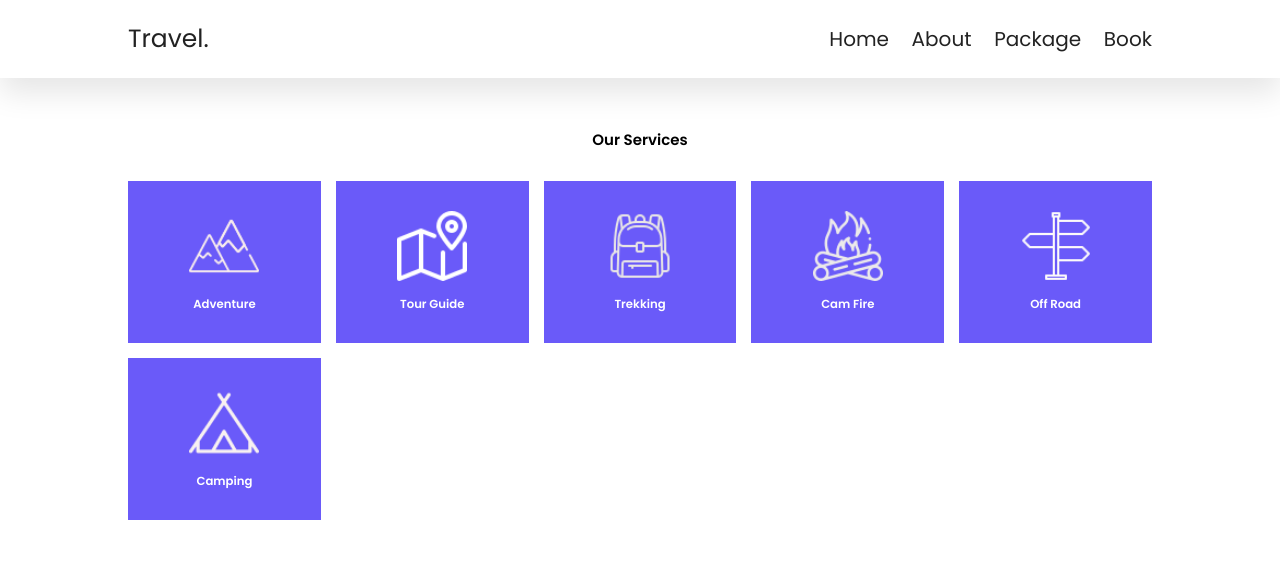
Repository: CTCuong/Traveloka-Web
Page: assets/home.html
The author's editor kept a copy of each file at every save. The page is drawn from the files as they stood at one save, then again after the next save.
The browser window is 1280 px wide. The pictures show the part of the page from y = 0 to 570 px (the page is 1216 px tall before and 1283 px after).
Pictures or frames that could not be fetched are drawn as grey boxes. Backgrounds fixed to the window are drawn as part of the page.

Above is the page before, as saved 2023-07-03 21:23:05.

### assets/home.html
<!DOCTYPE html>
<html lang="en">
<head>
    <meta charset="UTF-8">
    <meta name="viewport" content="width=device-width, initial-scale=1.0">
    <title>Document</title>
    <!--swiper css-->
    <link rel="stylesheet"href="https://cdn.jsdelivr.net/npm/swiper@9/swiper-bundle.min.css"/>
    <!--font awesome link-->
    <link rel="stylesheet" href="https://cdnjs.cloudflare.com/ajax/libs/font-awesome/6.4.0/css/all.min.css">
    <!-- css file link -->
    <link rel="stylesheet" href="/assets/css/style.css">
</head>
<body>
    <!-- header section starts -->
    <section class="header">
        <a href="home.html" class="logo">travel.</a>

        <nav class="navbar">
            <a href="home.html">Home</a>
            <a href="about.html">About</a>
            <a href="package.html">Package</a>
            <a href="book.html">Book</a>

        </nav>

        <div id="menu-btn" class="fas fa-bars"></div>
    </section>
    <!-- header section ends -->

    <!-- services section starts -->
    <section class="services">
        <h1 class="heading-title"> our services </h1>

        <div class="box-container">

            <div class="box">
                <img src="/assets/image/Services/1.png" alt="">
                <h3> adventure </h3>
            </div>

            <div class="box">
                <img src="/assets/image/Services/2.png" alt="">
                <h3> tour guide </h3>
            </div>

            <div class="box">
                <img src="/assets/image/Services/3.png" alt="">
                <h3> trekking </h3>
            </div>


            <div class="box">
                <img src="/assets/image/Services/4.png" alt="">
                <h3> cam fire </h3>
            </div>

            <div class="box">
                <img src="/assets/image/Services/5.png" alt="">
                <h3> off road </h3>
            </div>

            <div class="box">
                <img src="/assets/image/Services/6.png" alt="">
                <h3> camping </h3>
            </div>

        </div>
    </section>
    <!-- services section ends -->



    <!-- footer section starts -->

    <section class="footer">
        <div class="box-container">

            <div class="box">
                <h3>quick links</h3>
                <a href="home.html"><i class="fas fa-angle-right"></i>Home</a>
                <a href="about.html"><i class="fas fa-angle-right"></i>About</a>
                <a href="package.html"><i class="fas fa-angle-right"></i>Package</a>
                <a href="book.html"><i class="fas fa-angle-right"></i>Book</a>
            </div>

            <div class="box">
                <h3>extra links</h3>
                <a href="#"><i class="fas fa-angle-right"></i> ask question</a>
                <a href="#"><i class="fas fa-angle-right"></i> about us</a>
                <a href="#"><i class="fas fa-angle-right"></i> privacy policy</a>
                <a href="#"><i class="fas fa-angle-right"></i> terms of use</a>
            </div>

            <div class="box">
                <h3>contract info</h3>
                <a href="#"><i class="fas fa-phone"></i> +84 098-326-789 </a>
                <a href="#"><i class="fas fa-phone"></i> +84 023-908-7865 </a>
                <a href="#"><i class="fas fa-envelope"></i> travekhanas@gmail.com </a>
                <a href="#"><i class="fas fa-map"></i> HaNoi, VietNam   </a>
            </div>

            <div class="box">
                <h3>follow us</h3>
                <a href="#"><i class="fab fa-facebook"></i> facebook </a>
                <a href="#"><i class="fab fa-twitter"></i> twitter </a>
                <a href="#"><i class="fab fa-instagram"></i> instagram </a>
                <a href="#"><i class="fab fa-telegram"></i> telegram </a>
            </div>

        </div>

        <div class="credit"> created by <span>mr. Cao Tran Cuong</span> | all rights reserved! </div>
    </section>
    <!-- footer section ends -->

    <!--swiper js-->
    <script src="https://cdn.jsdelivr.net/npm/swiper@9/swiper-bundle.min.js"></script>
    <!-- js file link -->
    <script src="/assets/js/scrip.js"></script>
</body>
</html>

### assets/css/style.css
@import url('https://fonts.googleapis.com/css2?family=Poppins:ital,wght@0,100;0,200;0,300;0,400;0,500;0,600;1,100;1,200;1,300;1,400;1,500;1,600&display=swap');

:root {
    --main-color:#6A5AF9;
    --black:#222;
    --white: #fff;
    --light-black:#777;
    --light-white:#fff9;
    --drak-bg:rgba(0,0,0,.7);
    --light-bg:#eee;
    --border:1rem solid var(var(--black));
    --text-shadow:0 1.5rem 3rem rgba(0,0,0,.3);
    --box-shadow:0 1.5rem 3rem rgba(0,0,0,.1);
}
* {
    font-family: 'Poppins', sans-serif;
    margin: 0; padding: 0;
    box-sizing: border-box;
    outline: none; border: none;
    text-decoration: none;
    text-transform: capitalize;

}

html {
    font-size: 62.5%;
    overflow-x: hidden;
}

html::-webkit-scrollbar {
    width : 1rem;
}

html::-webkit-scrollbar-track {
    background-color: var(--white);
}

html::-webkit-scrollbar-thumb {
    background-color: var(--main-color);
}
section {
    padding: 5rem 10%;
}
.header {
    position: sticky;
    top:0; left: 0; right: 0;
    z-index: 1000;
    background-color: var(--white);
    display: flex;
    padding-top: 2rem;
    padding-bottom: 2rem;
    box-shadow: var(--box-shadow);
    align-items: center;
    justify-content:space-between;
}

.header .logo {
    font-size: 2.5rem;
    color: var(--black);
}

.header .navbar a {
    font-size: 2rem;
    margin-left: 2rem;
    color: var(--black);
}

#menu-btn {
    font-size: 2.5rem;
    color: var(--black);
    cursor: pointer;
    display: none;
}

.services .box-container {
    display: grid;
    grid-template-columns: repeat(auto-fit, minmax(16rem, 1fr));
    gap : 1.5rem;
}

.services .box-container .box {
    padding: 3rem 2rem;
    text-align: center;
    background: var(--main-color);
    cursor: pointer;
}


.services .box-container .box:hover {
    background: var(--black) ;
}

.services .box-container .box h3 {
    color: var(--white);
    font-size: 1,7rem;
    padding-top: 1rem;
}

.services .box-container .box img {
    height: 7rem;
}

.heading-title {
    text-align: center;
    margin-bottom: 3rem;
}




























.footer {
    background:url(/assets/image/Footer/low-angle-nature-night-time.jpg) no-repeat;
    background-size: cover;
    background-position: center;
    background-attachment: fixed;
}

.footer .box-container {
    display: grid;
    grid-template-columns: repeat(auto-fit, minmax(25rem, 1fr));
    gap : 3rem;
}

.footer .box-container .box h3{
    color: var(--white);
    font-size: 2.5rem;
    padding-bottom: 2rem;
}

.footer .box-container .box a {
    color: var(--light-white);
    font-size: 1.5rem;
    padding-bottom: 1.5rem;
    display: block;
}

.footer .box-container .box a i {
    color: var(--main-color);
    padding-right: .5rem;
    transition: .2s linear ;
}

.footer .box-container .box a:hover i {
    padding-right: 2rem;
}

.footer .credit {
    text-align: center;
    padding-top: 3.5rem;
    margin-top: 3rem;
    border-top: .1rem solid var(--light-bg);
    font-size: 2rem;
    color: var(--white);
}

.footer .credit span {
    color:var(--main-color);
}



/* media queries */
@media (max-width:1200px) {

    section {
        padding: 3rem 5%;
    }

}

@media (max-width:991px) {

    html {
        font-size: 55%;
    }

    section {
        padding: 3rem 2rem;
    }

}

@media (max-width:768px) {
    #menu-btn {
         display: inline-block;
         transition: .2s linear;
    }

    #menu-btn.fa-times {
        transform: rotate(180deg);
    }

    .header .navbar {
        position: absolute;
        top:99%; left:0; right:0;
        background-color: var(--white);
        border-top: var(--border);
        padding: 2rem;
        transition: .2s linear;
        clip-path: polygon(0 0, 100% 0, 100% 0, 0 0);
    }

    .header .navbar.active {
        clip-path: polygon(0 0, 100% 0, 100% 100%, 0 100%);
    }

    .header .navbar a {
        display:block;
        margin: 2rem;
        text-align: center ;
    }

}
@media (max-width:450px) {

    html {
        font-size: 50%;
    }

}

### assets/js/scrip.js
let menu = document.querySelector('#menu-btn');
let navbar = document.querySelector('.header .navbar');

menu.onclick = () =>{
    menu.classList.toggle('fa-times');
    navbar.classList.toggle('active');
};

window.onscroll = () => {
    menu.classList.remove('fa-times')
    navbar.classList.remove('active')

}

After the next save:
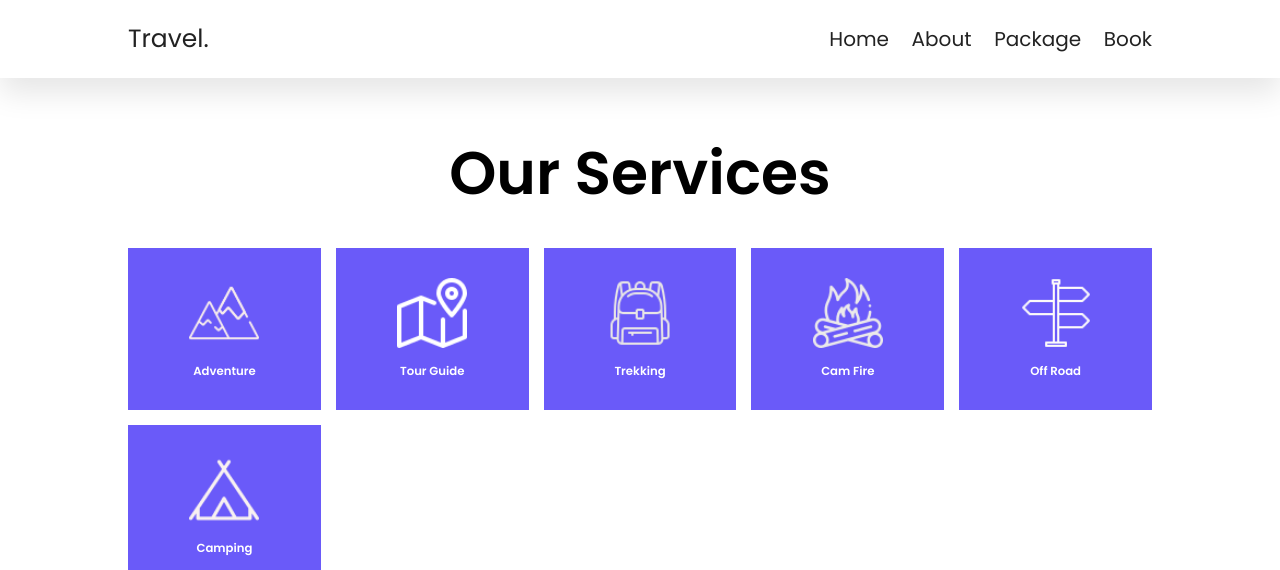
Saved 7 s later.
--- a/assets/css/style.css
+++ b/assets/css/style.css
@@ -103,6 +103,7 @@ section {
 .heading-title {
     text-align: center;
     margin-bottom: 3rem;
+    font-size: 6rem;
 }
 
 
